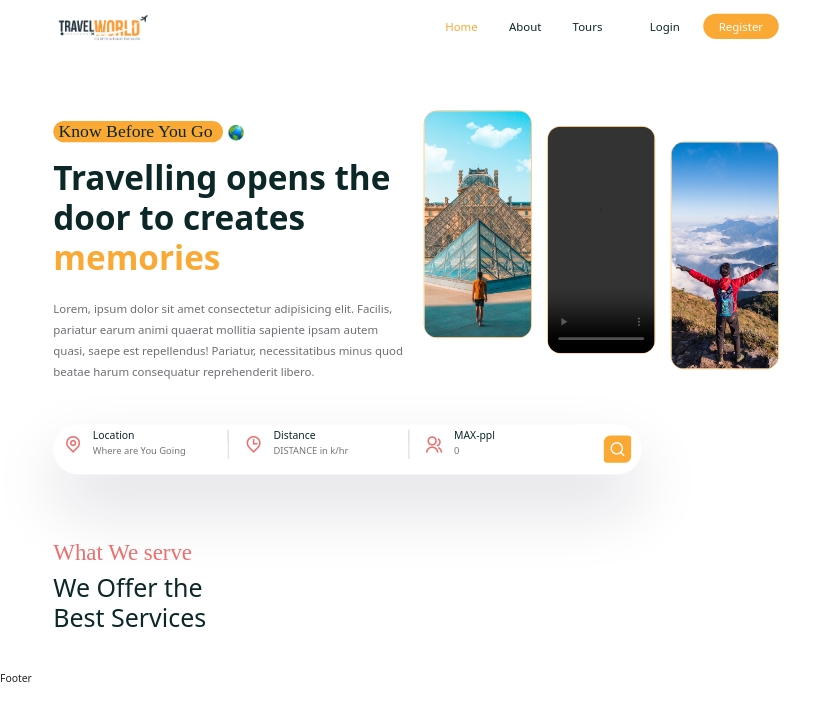
Repository: remydev47/travell-agency
Page: /
The author's editor kept a copy of each file at every save. The page is drawn from the files as they stood at one save, then again after the next save.
The browser window is 1280 px wide. The pictures show the whole page, at 65% of full size.
Pictures or frames that could not be fetched are drawn as grey boxes. Some web fonts or font styles are not loaded; a fallback is used. The project was rebuilt for these pictures with package versions that can differ from the ones it lists, and the page was loaded fresh each time. Also part of the build but not shown: vite.config.js, src/pages/Login.jsx, src/pages/TourDetails.jsx, src/pages/Tours.jsx, src/pages/SearchResultList.jsx, src/pages/Register.jsx, src/services/service-card.css. Imported but missing from the stored project, and not drawn on this page: src/assets/images/hero-video.mp4.

Above is the page before, as saved 2023-02-02 11:53:18.

### src/main.jsx
import React from 'react'
import ReactDOM from 'react-dom/client'
import App from './App'
import "bootstrap/dist/css/bootstrap.min.css";
import "remixicon/fonts/remixicon.css";
import "slick-carousel/slick/slick.css";
import "slick-carousel/slick/slick-theme.css";
import { BrowserRouter } from 'react-router-dom';

ReactDOM.createRoot(document.getElementById('root')).render(
  <React.StrictMode>
    <BrowserRouter>
      <App />
    </BrowserRouter>
  </React.StrictMode>,
)

### src/App.jsx
import { useState } from 'react'
import './App.css'
import Layout from './components/Layout/Layout'

function App() {
  return (
    <>
      <Layout />
    </>
  )
}

export default App

### src/components/Layout/Layout.jsx
import React from 'react';
import Header from '../Header/Header';
import Footer from '../Footer/Footer';
import Routers from '../../router/Routers';

const Layout = () => {
  return (
   <>
     <Header />
     <Routers />
     <Footer />
   </>
  )
}

export default Layout

### src/components/Header/Header.jsx
import React from 'react';
import { Container, Row, Button } from 'reactstrap';
import { NavLink, Link  } from 'react-router-dom';
import logo from "../../assets/images/logo.png";
import './header.css';

const nav__links=[
  {
    path:'/home',
    display: 'Home'
  },
  {
    path:'/about',
    display: 'About'
  },
  {
    path:'/tours',
    display: 'Tours'
  },
]

const Header = () => {
  return (
    <header className="header">
      <Container>
        <Row>
          <div className="nav__wrapper d-flex align-items-center
           justify-content-between ">
            {/* Logo start */}
            <div className="logo">
              <img src={logo} />
            </div>
            {/* Logo ends */}

            {/* menu starts */}
            <div className="navigation">
              <ul className="menu d-flex align-items-center gap-5">
                {nav__links.map((item, index) => (
                  <li className="nav__item" key={index}>
                    <NavLink
                     to={item.path}
                     className={navClass=> navClass.isActive ? 'active__link' : ''}
                     >
                      {item.display}
                    </NavLink>
                  </li>
                ))}
              </ul>
            </div>
            {/* menu ends */}

            <div className="nav__right d-flex align-items-center gap-4">
              <div className="nav__btns d-flex align-items-center gap-4">
                <Button className='btn secondary__btn '>
                  <Link to="/login">Login</Link>
                </Button>

                <Button className='btn primary__btn '>
                  <Link to="/register">Register</Link>
                </Button>
              </div>
            </div>

          </div>
        </Row>
      </Container>
    </header>
  )
}

export default Header

### src/router/Routers.js
import React from 'react';
import { Routes, Route, Navigate } from 'react-router-dom';

import { SearchResultList, Tours, TourDetails, Login, Register, Home } from '../pages';

const Routers = () => {
  return (
    <Routes>
        <Route path="/" element={<Navigate to='/home' />} />
        <Route path="/home" element={<Home />} />
        <Route path="/tours" element={<Tours />} />
        <Route path="/tours:id" element={<TourDetails />} />
        <Route path="/login" element={<Login />} />
        <Route path="/register" element={<Register />} />
        <Route path="/tours/search" element={<SearchResultList />} />
    </Routes>
  )
}

export default Routers

### src/components/Header/header.css
.header{
    width: 100%;
    height: 80px;
    line-height: 80px;
}

.logo img{
    width: 30%;
}

.menu{
    margin-bottom: 0;
}

.nav__item a{
    text-decoration: none;
    color: var(--heading-color);
    font-weight: 500;
    font-size: 1.1rem;
}

.nav__item a:hover{
    color: inherit;
}

.nav__item a.active__link{
    color: var(--secondary-color);
}

.mobile__menu{
    font-size: 1.3rem;
    color: var(--heading-color);
    display: none;
}

.stick__header{
    width: 100%;
    height: 80px;
    line-height: 80px;
    background: #fff;
    position: sticky;
    top: 0;
    left: 0;
    box-shadow: 3ps 3px 8px #ddd;
    z-index: 999;
}

### src/pages/index.js
import Home from "./Home"
import Login from "./Login";
import TourDetails from "./TourDetails";
import Tours from "./Tours";
import SearchResultList from "./SearchResultList";
import Register from "./Register";

export {
    Home, Tours, TourDetails, Login, SearchResultList, Register
}

### src/pages/Home.jsx
import React from 'react';
import '../styles/home.css';
import  { Container, Row, Col } from 'reactstrap';
import heroImg from '../assets/images/hero-img01.jpg';
import heroImg02 from '../assets/images/hero-img02.jpg';
import heroVideo from '../assets/images/hero-video.mp4';
import worldImg from '../assets/images/world.png'
import Subtitle from '../shared/Subtitle';
import SearchBar from '../shared/SearchBar';

const Home = () => {
  return (
    <>
     <section>
      <Container>
        <Row>
          <Col lg="6">
            <div className='hero__content'>
              <div className="hero__subtitle d-flex align-items-center">
                <Subtitle subtitle={'Know Before You Go'}/>
                <img src={worldImg} alt=''/>
              </div>
              <h1>Travelling opens the door to creates <span className="highlight">memories</span> </h1>
              <p className="">Lorem, ipsum dolor sit amet consectetur adipisicing elit. Facilis, pariatur earum animi quaerat mollitia sapiente ipsam autem quasi, saepe est repellendus! Pariatur, necessitatibus minus quod beatae harum consequatur reprehenderit libero.</p>
            </div>
          </Col>

          <Col lg='2'>
            <div className="hero__img-box">
              <img src={heroImg} alt=''/>
            </div>
          </Col>

          <Col lg='2'>
            <div className="hero__img-box mt-4">
              <video src={heroVideo} alt='' controls/>
            </div>
          </Col>

          <Col lg='2'>
            <div className="hero__img-box mt-5">
              <img src={heroImg02} alt=''/>
            </div>
          </Col>

          <SearchBar />
        </Row>
      </Container>
     </section>
     <section>
      <Container>
        <Row>
          <Col lg="3">
            <h5 className="services__subtitle">What We serve</h5>
            <h2 className='services__title'>We Offer the Best Services</h2>
          </Col>
        </Row>
      </Container>
     </section>
    </>
  )
}

export default Home

### src/styles/home.css
.hero__subtitle img{
    width: 2.5rem;
    height: 2.5rem;
}

.hero__content h1{
    font-size: 3.2rem;
    font-weight: 600;
    margin-top: 1rem;
    margin-bottom: 2rem;
    color: var(--heading-color);
}

.hero__content h1 .highlight{
    color: var(--secondary-color);
}

.hero__content p{
    font-size: 1.1rem;
    color: var(--text-color);
    line-height: 2rem;
}

.hero__img-box img,
.hero__img-box video {
    width: 100%;
    height: 350px;
    border-radius: 20px;
    border: 1px solid var(--secondary-color);
    object-fit: cover;
}

.hero__content{
    padding-top: 3.5rem;
}

.hero__img-box{
    padding-top: 2.5rem;
}

.services__subtitle{
    font-size: 2.2rem;
    font-weight: 500;
    color: #ee6e6e;
    font-family: var(--subtitle-font-name);
}

.services__title{
    font-size: 2.4rem;
    font-weight: 500;
}

### src/shared/Subtitle.jsx
import React from 'react'

const Subtitle = ({ subtitle }) => {
  return (
    <h3 className='section__subtitle'>{subtitle}</h3>
  )
}

export default Subtitle

### src/shared/SearchBar.jsx
import React, { useRef } from 'react'
import './search-bar.css'
import { Col, Form, FormGroup } from 'reactstrap'

const SearchBar = () => {
    const locationRef = useRef('');
    const distanceRef = useRef(0);
    const maxGroupSizeRef = useRef(0);

    const searchHandler = () =>{
        const location = locationRef.current.value
        const distance = distanceRef.current.value
        const maxGroupSize = maxGroupSizeRef.current.value

        if (location === "" || distance === "" || maxGroupSize === "") {
            return alert('All fields are required')
        }
    }


  return (
    <Col lg='12'>
        <div className="search__bar">
            <Form className='d-flex align-items-center gap-4'>
                <FormGroup className='d-flex gap-3 form__group form__group-fast'>
                    <span><i class="ri-map-pin-line"></i></span>
                    <div>
                        <h6>Location</h6>
                        <input type="text" placeholder="Where are You Going" ref={locationRef}/>
                    </div>
                </FormGroup>

                <FormGroup className='d-flex gap-3 form__group form__group-fast'>
                    <span><i class="ri-map-pin-time-line"></i></span>
                    <div>
                        <h6>Distance</h6>
                        <input type="number" placeholder="DISTANCE in k/hr" ref={distanceRef}/>
                    </div>
                </FormGroup>

                <FormGroup className='d-flex gap-3 form__group form__group-last'>
                    <span><i class="ri-group-line"></i></span>
                    <div>
                        <h6>MAX-ppl</h6>
                        <input type="number" placeholder="0" ref={maxGroupSizeRef}/>
                    </div>
                </FormGroup>

                <span className="search__icon" type="submit" onClick={searchHandler}>
                    <i class='ri-search-line'></i>
                </span>
            </Form>
        </div>
    </Col>
  )
}

export default SearchBar

### src/shared/search-bar.css
.search__bar{
    padding: 0.5rem 1rem;
    border-radius: 50px;
    box-shadow: rgba(17, 12, 46, 0.15) 0px 48px 100px 0px;
    width: max-content;
    margin-top: 50px;
}

.form__group span{
    font-size: 1.8rem;
    color:#ee6e6e ;
}

.form__group input {
    border: none;
    font-size: 0.9rem;
    color: var(--heading-color);
}

.form__group input:focus{
    outline: none;
}

.form__group h6{
    margin-bottom: 0;
}

.form__group-fast{
    border-right: 2px solid #ddd;
}

.search__icon i{
    font-size: 1.6rem;
    padding: 0.5rem;
    background: var(--secondary-color);
    color: #fff;
    border-radius: 10px 5px  10px 5px;
    cursor: pointer;
}

### src/services/ServiceList.jsx
import React from 'react'
import ServiceCard from './ServiceCard';
import { Col } from 'reactstrap';

import weatherImg from '../assets/images/weather.png'
import guideImg from '../assets/images/guide.png';
import customizationImg from '../assets/images/customization.png';

const servicesData = [
    {
        imgUrl: weatherImg,
        title: "Calculate Weather",
        desc: "Lorem ipsum dolor sit amet consectetur adipisicing elit. Maxime ipsam necessitatibus reprehenderit aliquam, delectus rerum. In, veritatis assumenda minima excepturi necessitatibus saepe? Vero distinctio, non illo ullam ex deleniti ipsam."
    },
    {
        imgUrl: guideImg,
        title: "Best Tour Guide",
        desc: "Lorem ipsum dolor sit amet consectetur adipisicing elit. Maxime ipsam necessitatibus reprehenderit aliquam, delectus rerum. In, veritatis assumenda minima excepturi necessitatibus saepe? Vero distinctio, non illo ullam ex deleniti ipsam."
    },
    {
        imgUrl: customizationImg,
        title: "Customization",
        desc: "Lorem ipsum dolor sit amet consectetur adipisicing elit. Maxime ipsam necessitatibus reprehenderit aliquam, delectus rerum. In, veritatis assumenda minima excepturi necessitatibus saepe? Vero distinctio, non illo ullam ex deleniti ipsam."
    },
]

const ServiceList = () => {
  return (
    <>
     {servicesData.map((item, index) => (
        <Col className='' lg='3' key={index} >
         <ServiceCard item={item}/>
        </Col>
     ))}
    </>
  )
}

export default ServiceList

### src/services/ServiceCard.jsx
import React from 'react'
import './service-card.css'

const ServiceCard = ({ item }) => {
    const { imgUrl, title, desc } = item

  return (
    <div className='service__item'>
        <div className='service__img'>
            <img src={imgUrl} alt="" />
        </div>
        <h5>{title}</h5>
        <p>{desc}</p>
    </div>
  )
}

export default ServiceCard

Loaded but not shown: index.html (common file); src/App.css (common file); src/components/Footer/Footer.jsx (common file)

After the next save:
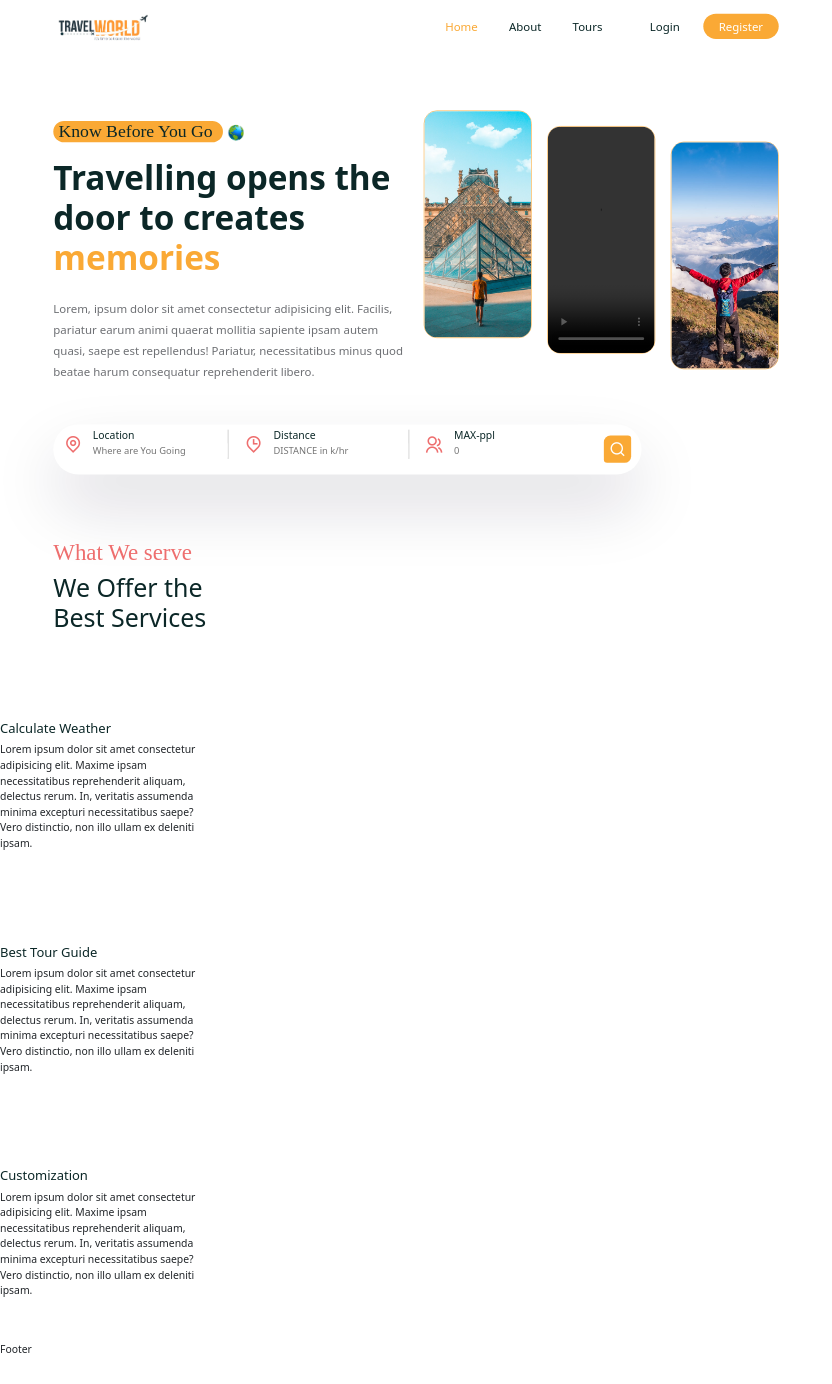
Saved 93 s later.
--- a/src/pages/Home.jsx
+++ b/src/pages/Home.jsx
@@ -7,6 +7,7 @@ import heroVideo from '../assets/images/hero-video.mp4';
 import worldImg from '../assets/images/world.png'
 import Subtitle from '../shared/Subtitle';
 import SearchBar from '../shared/SearchBar';
+import ServiceList from '../services/ServiceList';
 
 const Home = () => {
   return (
@@ -56,6 +57,7 @@ const Home = () => {
           </Col>
         </Row>
       </Container>
+      <ServiceList />
      </section>
     </>
   )
